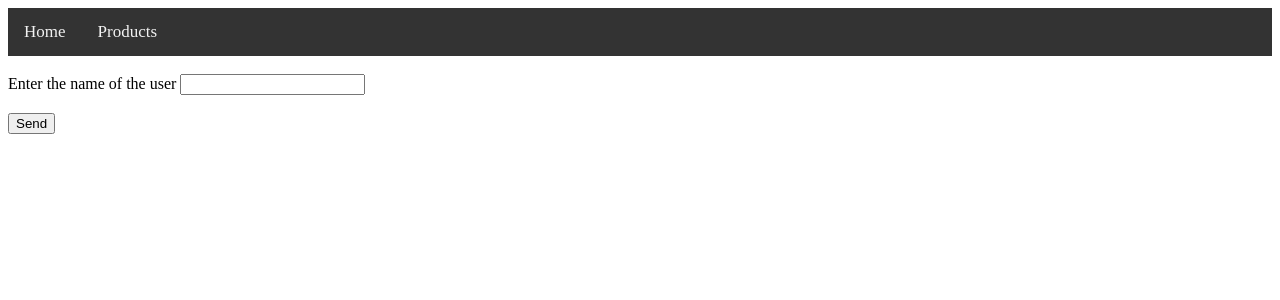
Repository: ibrar-uzair/Node-Course
Page: http://localhost/
An editor plug-in stored every save of this project. The page is shown before and after the next save, followed by the edit.
The browser window is 1280 px wide. The pictures show the whole page.
The page is served by the project's Node server (play.js).

Above is the page before, as saved 2021-11-16 14:39:57.

After the next save:
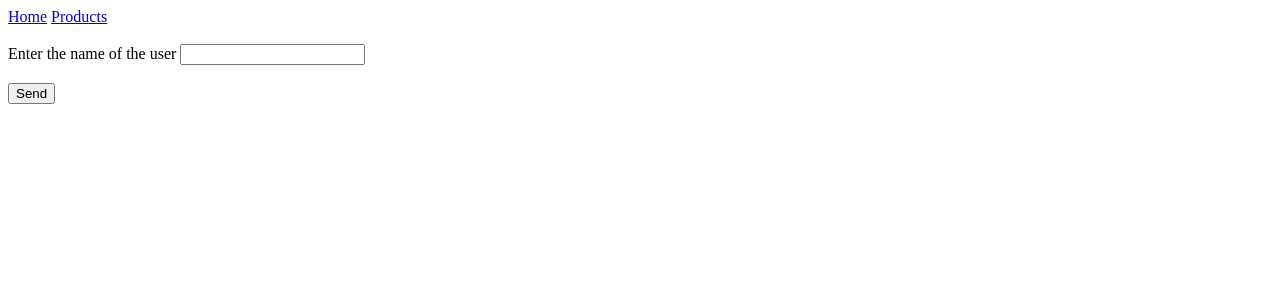
Saved 19 s later.
--- a/views/add-product.html
+++ b/views/add-product.html
@@ -5,32 +5,10 @@
     <meta http-equiv="X-UA-Compatible" content="IE=edge">
     <meta name="viewport" content="width=device-width, initial-scale=1.0">
     <title>Document</title>
+    <!-- <link type="text/css" href="css/styles.css" rel="stylesheet"> -->
 
-    <style>
-        .topnav {
-        background-color: #333;
-        overflow: hidden;
-        }
 
-        .topnav a {
-        float: left;
-        color: #f2f2f2;
-        text-align: center;
-        padding: 14px 16px;
-        text-decoration: none;
-        font-size: 17px;
-        }
 
-        .topnav a:hover {
-        background-color: #ddd;
-        color: black;
-        }
-
-        .topnav a.active {
-        background-color: #04AA6D;
-        color: white;
-        }
-    </style>
 
 </head>
 <body>

After the save that followed:
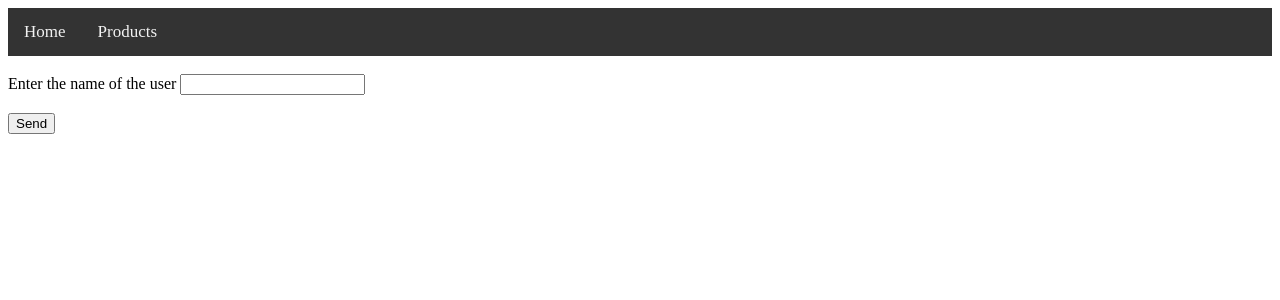
Saved 8 s later.
--- a/views/add-product.html
+++ b/views/add-product.html
@@ -5,7 +5,7 @@
     <meta http-equiv="X-UA-Compatible" content="IE=edge">
     <meta name="viewport" content="width=device-width, initial-scale=1.0">
     <title>Document</title>
-    <!-- <link type="text/css" href="css/styles.css" rel="stylesheet"> -->
+    <link type="text/css" href="css/styles.css" rel="stylesheet">
 
 
 
